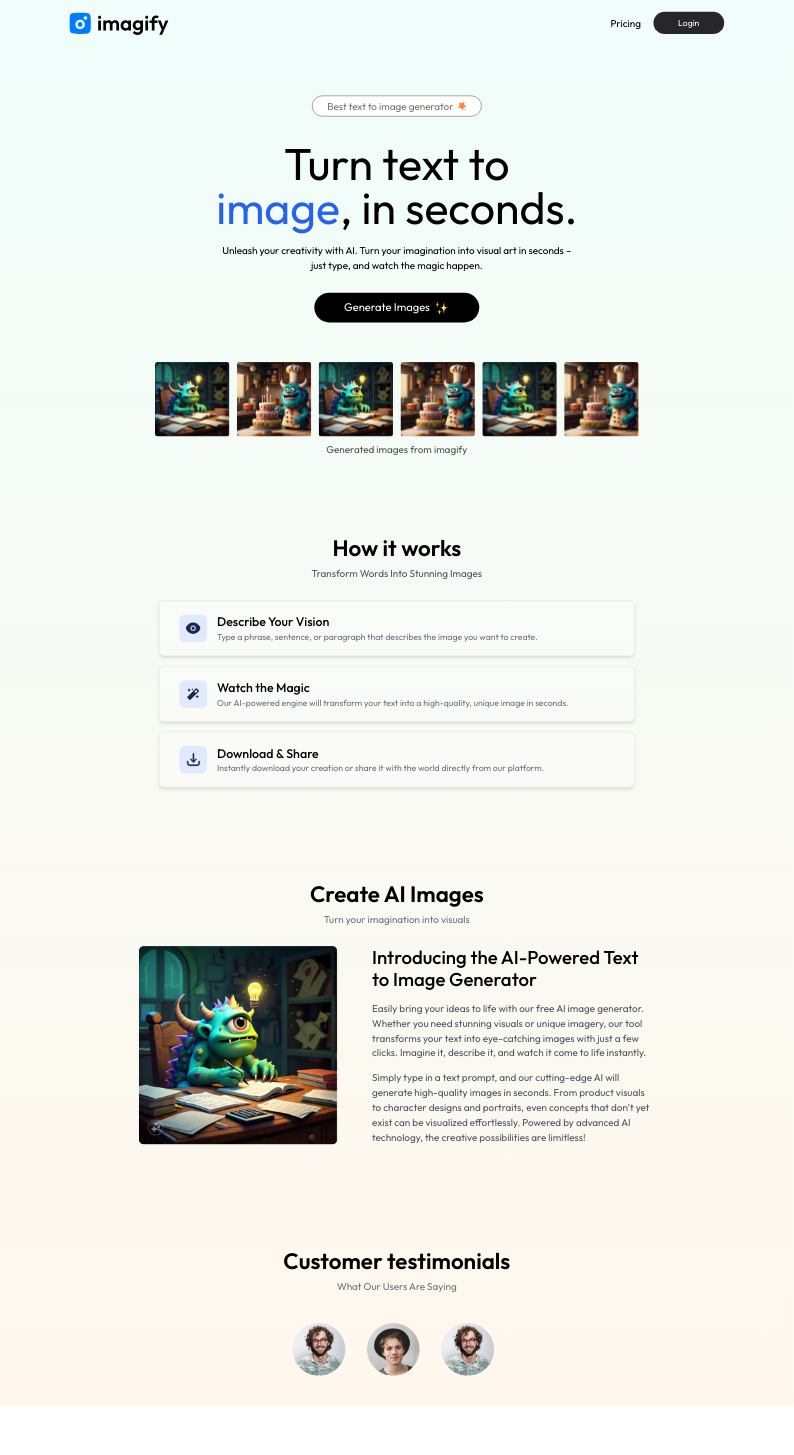
Repository: Abrammse/Abraify
Page: /
The author's editor kept a copy of each file at every save. The page is drawn from the files as they stood at one save, then again after the next save.
The browser window is 1280 px wide. The pictures show the whole page, at 62% of full size.
The project was rebuilt for these pictures with package versions that can differ from the ones it lists, and the page was loaded fresh each time. Also part of the build but not shown: vite.config.js, src/pages/Buycredit.jsx.

Above is the page before, as saved 2024-11-25 11:58:49.

### index.html
<!doctype html>
<html lang="en">
  <head>
    <meta charset="UTF-8" />
    <link rel="icon" type="image/svg+xml" href="/favicon.svg" />
    <meta name="viewport" content="width=device-width, initial-scale=1.0" />
    <title>Imagify - Abram</title>
  </head>
  <body>
    <div id="root"></div>
    <script type="module" src="/src/main.jsx"></script>
  </body>
</html>

### src/main.jsx
import { createRoot } from 'react-dom/client'
import './index.css'
import App from './App.jsx'
import { BrowserRouter } from 'react-router-dom'
import AppContextProvider from './context/AppContext.jsx'
createRoot(document.getElementById('root')).render(

  <BrowserRouter>
  <AppContextProvider>
  <App/>
  </AppContextProvider>

  </BrowserRouter>
)

### src/index.css
@import url('https://fonts.googleapis.com/css2?family=Cairo:wght@200..1000&family=Outfit:wght@100..900&display=swap');


@tailwind base;
@tailwind components;
@tailwind utilities;

*{
  font-family: Outfit ;
}

### src/App.jsx
import React from "react";
import { Routes,Route } from "react-router-dom";
import Home from "./pages/Home";
import BuyCredit from "./pages/Buycredit";
import Navbar from "./components/Navbar";
const App = () => {
  return (
    <div className="px-4 sm:px-10 md:px-14 lg:px-28 min-h-screen bg-gradient-to-b from-teal-50 to-orange-50">
     <Navbar />
      <Routes>

        <Route  path="/" element={<Home />}/>
        <Route  path="/BuyCredit" element={<BuyCredit />}/>
      </Routes>
    </div>
  )
}

export default App

### src/context/AppContext.jsx
import { createContext, useState } from "react";
export const AppContext = createContext();

const AppContextProvider = (props) => {
  const [user, setUser] = useState(null);

  const value = {
    user,
    setUser,
  };

  return (
    <AppContext.Provider value={value}>
      {props.children}
    </AppContext.Provider>
  );
};

export default AppContextProvider;

### src/pages/Home.jsx
import React from 'react';
import Header from '../components/Header';
import Steps from '../components/Steps';
import Des from '../components/des';
import Testimonials from '../components/testimonials';
const Home = () => {
  return (
    <div>
      <Header/>
      <Steps/>
      <Des/>
      <Testimonials/>
    </div>
  );
}

export default Home;

### src/components/Navbar.jsx
import React, { useContext } from 'react';
import { assets } from '../assets/assets';
import { Link, useNavigate } from 'react-router-dom';
import { AppContext } from '../context/AppContext';
const Navbar = () => {
  const {user} = useContext(AppContext);
  const navigate = useNavigate();

  return (
    <div className="flex items-center justify-between py-4">
      <Link to="/">
        <img src={assets.logo} alt="Logo" className="w-28 sm:w-32 lg:w-40" />
      </Link>

      <div>
        {user ? (
          <div className="flex items-center gap-2 sm:gap-3">
            <button className="flex items-center gap-2 bg-blue-100 px-4 sm:px-6 py-1.5 sm:py-3 rounded-full hover:scale-105 transition-all duration-700">
              <img src={assets.credit_star} alt="Credits" className="w-5" />
              <p  onClick={() => navigate('/BuyCredit')} className='text-xs sm:text-sm font-medium text-gray-600'>Credits left: 50</p>
            </button>
            <p className='text-gray-600 max-sm:hidden pl-4 '>Hi, Abram</p>
            <div className="relative group">
              <img
                src={assets.profile_icon}
                alt="Profile"
                className="w-10 drop-shadow cursor-pointer"
              />
              <div className="absolute hidden group-hover:block top-0 right-0 z-10  text-black rounded  pt-12">
                <ul   className='list-none m-0 p-2 bg-white rounded-md border text-sm ' >
                  <li className='py-1 px-2  cursor-pointer pr-10 ' >
                    Logout
                  </li>
                </ul>
              </div>
            </div>
          </div>
        ) : (
          <div className="flex items-center gap-2 sm:gap-5">
            <p
              onClick={() => navigate('/BuyCredit')}
              className="cursor-pointer hover:underline"
            >
              Pricing
            </p>
            <button
              className="bg-zinc-800 text-white px-7 py-2 sm:px-10 text-sm rounded-full"
              onClick={() => navigate('/login')}
            >
              Login
            </button>
          </div>
        )}
      </div>
    </div>
  );
};

export default Navbar;

### src/components/Header.jsx
import React from 'react';
import { assets } from '../assets/assets';

const Header = () => {
  return (
<div className="flex flex-col justify-center items-center text-center my-20 ">
<div className="text-stone-500 inline-flex text-center gap-2 bg-white px-6 py-1 rounded-full border border-neutral-500 ">
    <p>Best text to image generator</p>
<img src={assets.star_icon} alt="start"/>
    </div>
    <h1  className='text-4xl  max-w-[300px]   sm:text-7xl sm:max-w-[590px] mx-auto mt-10 text-center  ' >Turn text to <span  className='text-blue-600' >  image</span>, in seconds.</h1>
<p  className='text-center max-w-xl mx-auto mt-5'>Unleash your creativity with AI. Turn your imagination into visual art in seconds – just type, and watch the magic happen. </p>
<button className='sm:text-lg text-white   bg-black w-auto mt-8 px-12 py-2.5 flex  items-center gap-2  rounded-full    ' >Generate Images <img  className='h-6' src={assets.star_group} alt="start"/>
</button>
<div className='flex flex-wrap justify-center mt-16 gap-3 '>
{Array(6).fill().map((item,index)=>(

<img  className='rounded hover:scale-105  transition-all duration-300 cursor-pointer max-sm:w-11    ' src={index % 2=== 0 ? assets.sample_img_2 : assets.sample_img_1 } alt="start" key={index} width={120}  />

))}

</div>

<p className=' mt-2 text-neutral-600'> Generated images from imagify </p>
     </div>
  );
}

export default Header;

### src/components/Steps.jsx
import React from 'react';
import { stepsData } from '../assets/assets';

const Steps = () => {
  return (
    <div className='flex flex-col items-center justify-center my-32'>
      <h1 className='text-3xl sm:text-4xl font-semibold mb-2 '>How it works</h1>
      <p className=' tet-lg mb-8 text-gray-600'> Transform Words Into Stunning Images </p>


      <div className='space-y-4 w-full max-w-3xl text-sm '>
        {stepsData.map((item,index)=>(
            <div key={index}  className='flex items-center gap-4 px-8 p-5 bg-white/20 shadow-md border cursor-pointer hover:scale-[1.02]  transition-all  duration-300 rounded-lg ' >
                <img src={item.icon} alt="" />
            <div>
                <h2 className='text-xl  font-medium' > {item.title}</h2>
                <p className='text-gray-500' > {item.description}</p>

            </div>
            </div>
        ))}
      </div>

      </div>
  );
}

export default Steps;

### src/components/des.jsx
import React from 'react';
import { assets } from '../assets/assets';

const Des = () => {
  return (
<div className='flex flex-col items-center justify-center my-24 p-6 md:px-28'>
            <h1 className='text-3xl sm:text-4xl font-semibold mb-2 '>Create AI Images</h1>
            <p className=' tet-lg mb-8 text-gray-500'> Turn your imagination into visuals </p>

<div className='flex flex-col gap-5 md:gap-14 md:flex-row'>
<img src={assets.sample_img_2} alt="Credits" className="w-80 xl:w9 rounded-lg " />

<div>
    <h2 className='text-3xl font-medium max-w-lg mb-4'>
    Introducing the AI-Powered Text to Image Generator
    </h2>
    <p className='text-gray-600 mb-4' >
    Easily bring your ideas to life with our free AI image generator. Whether you need stunning visuals or unique imagery, our tool transforms your text into eye-catching images with just a few clicks. Imagine it, describe it, and watch it come to life instantly.
    </p>
    <p className='text-gray-600' >
    Simply type in a text prompt, and our cutting-edge AI will generate high-quality images in seconds. From product visuals to character designs and portraits, even concepts that don’t yet exist can be visualized effortlessly. Powered by advanced AI technology, the creative possibilities are limitless!
    </p>
</div>

</div>

    </div>
  );
}

export default Des;

### src/components/testimonials.jsx
import React from 'react';
import { testimonialsData } from '../assets/assets';

const Testimonials = () => {
  return (
<div className='flex flex-col items-center justify-center my-20 py-12'>
            <h1 className='text-3xl sm:text-4xl font-semibold mb-2 '>Customer testimonials</h1>
            <p className='  mb-12 text-gray-500'> What Our Users Are Saying </p>

            <div className='flex flex-wrap gap-6 '>
        {testimonialsData.map((item,index)=>(
            <div key={index}  className='rounded-full w-24 ' >
                <img src={item.image} alt="" />
            <div>
                <h2 className='text-xl  font-medium' > {item.title}</h2>
                <p className='text-gray-500' > {item.description}</p>

            </div>
            </div>
        ))}
      </div>

    </div>

  );
}

export default Testimonials;

### src/assets/assets.js
import logo from './logo.svg'
import logo_icon from './logo_icon.svg'
import facebook_icon from './facebook_icon.svg'
import instagram_icon from './instagram_icon.svg'
import twitter_icon from './twitter_icon.svg'
import star_icon from './star_icon.svg'
import rating_star from './rating_star.svg'
import sample_img_1 from './sample_img_1.png'
import sample_img_2 from './sample_img_2.png'
import profile_img_1 from './profile_img_1.png'
import profile_img_2 from './profile_img_2.png'
import step_icon_1 from './step_icon_1.svg'
import step_icon_2 from './step_icon_2.svg'
import step_icon_3 from './step_icon_3.svg'
import email_icon from './email_icon.svg'
import lock_icon from './lock_icon.svg'
import cross_icon from './cross_icon.svg'
import star_group from './star_group.png'
import credit_star from './credit_star.svg'
import profile_icon from './profile_icon.png'

export const assets = {
    logo,
    logo_icon,
    facebook_icon,
    instagram_icon,
    twitter_icon,
    star_icon,
    rating_star,
    sample_img_1,
    sample_img_2,
    email_icon,
    lock_icon,
    cross_icon,
    star_group,
    credit_star,
    profile_icon
}

export const stepsData = [
    {
      title: 'Describe Your Vision',
      description: 'Type a phrase, sentence, or paragraph that describes the image you want to create.',
      icon: step_icon_1,
    },
    {
      title: 'Watch the Magic',
      description: 'Our AI-powered engine will transform your text into a high-quality, unique image in seconds.',
      icon: step_icon_2,
    },
    {
      title: 'Download & Share',
      description: 'Instantly download your creation or share it with the world directly from our platform.',
      icon: step_icon_3,
    },
  ];

export const testimonialsData = [
    {
        image:profile_img_1,
        name:'Donald Jackman',
        role:'Graphic Designer',
        stars:5,
        text:`I've been using bg.removal for nearly two years, primarily for Instagram, and it has been incredibly user-friendly, making my work much easier.`
    },
    {
        image:profile_img_2,
        name:'Richard Nelson',
        role:'Content Creator',
        stars:5,
        text:`I've been using bg.removal for nearly two years, primarily for Instagram, and it has been incredibly user-friendly, making my work much easier.`
    },
    {
        image:profile_img_1,
        name:'Donald Jackman',
        role:' Graphic Designer',
        stars:5,
        text:`I've been using bg.removal for nearly two years, primarily for Instagram, and it has been incredibly user-friendly, making my work much easier.`
    },
]

export const plans = [
    {
      id: 'Basic',
      price: 10,
      credits: 100,
      desc: 'Best for personal use.'
    },
    {
      id: 'Advanced',
      price: 50,
      credits: 500,
      desc: 'Best for business use.'
    },
    {
      id: 'Business',
      price: 250,
      credits: 5000,
      desc: 'Best for enterprise use.'
    },
  ]

Loaded but not shown: tailwind.config.js (common file)

After the next save:
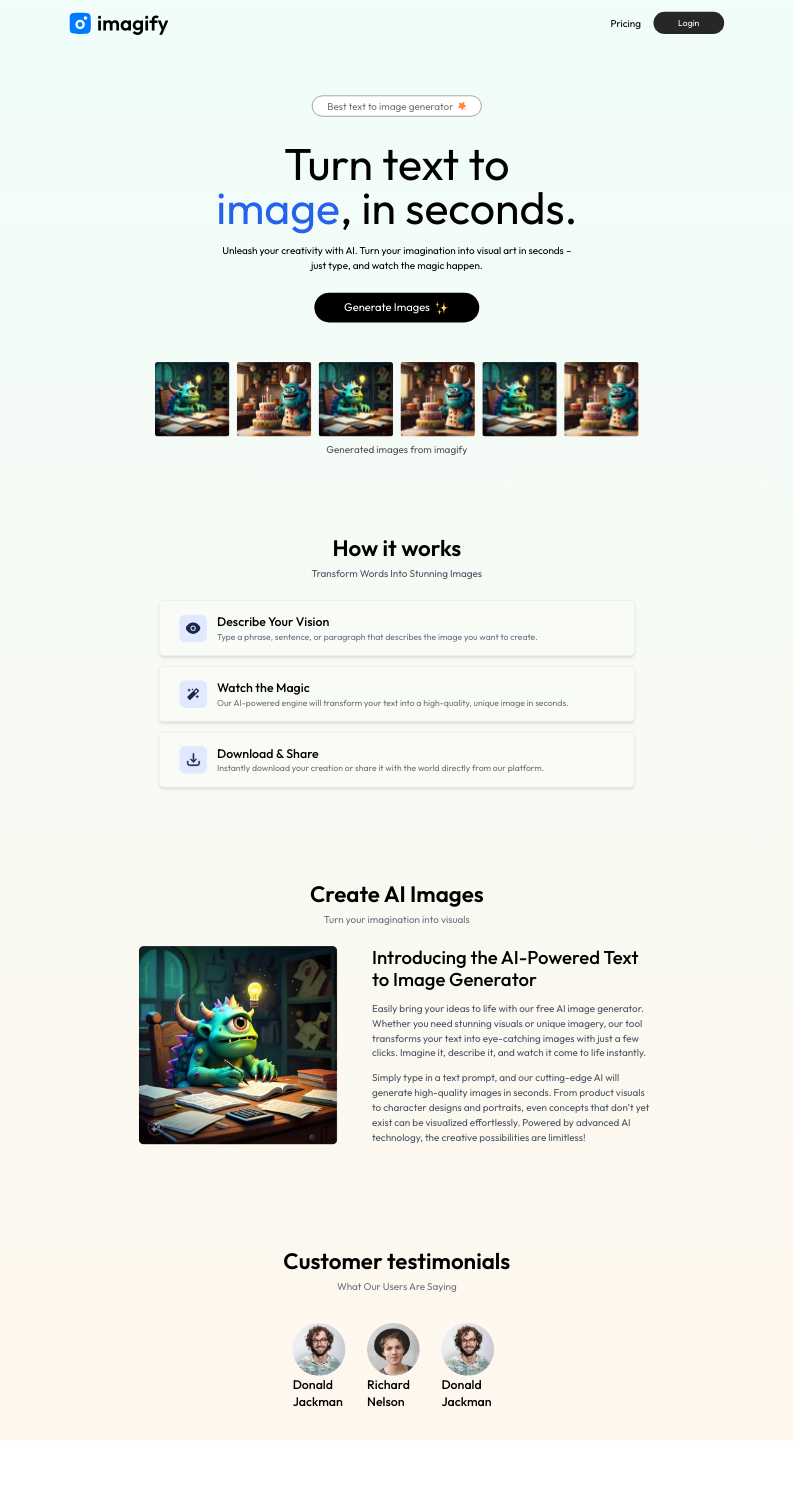
Saved 9 s later.
--- a/src/components/testimonials.jsx
+++ b/src/components/testimonials.jsx
@@ -12,7 +12,7 @@ const Testimonials = () => {
             <div key={index}  className='rounded-full w-24 ' >
                 <img src={item.image} alt="" />
             <div>
-                <h2 className='text-xl  font-medium' > {item.title}</h2>
+                <h2 className='text-xl  font-medium' > {item.name}</h2>
                 <p className='text-gray-500' > {item.description}</p>
 
             </div>
